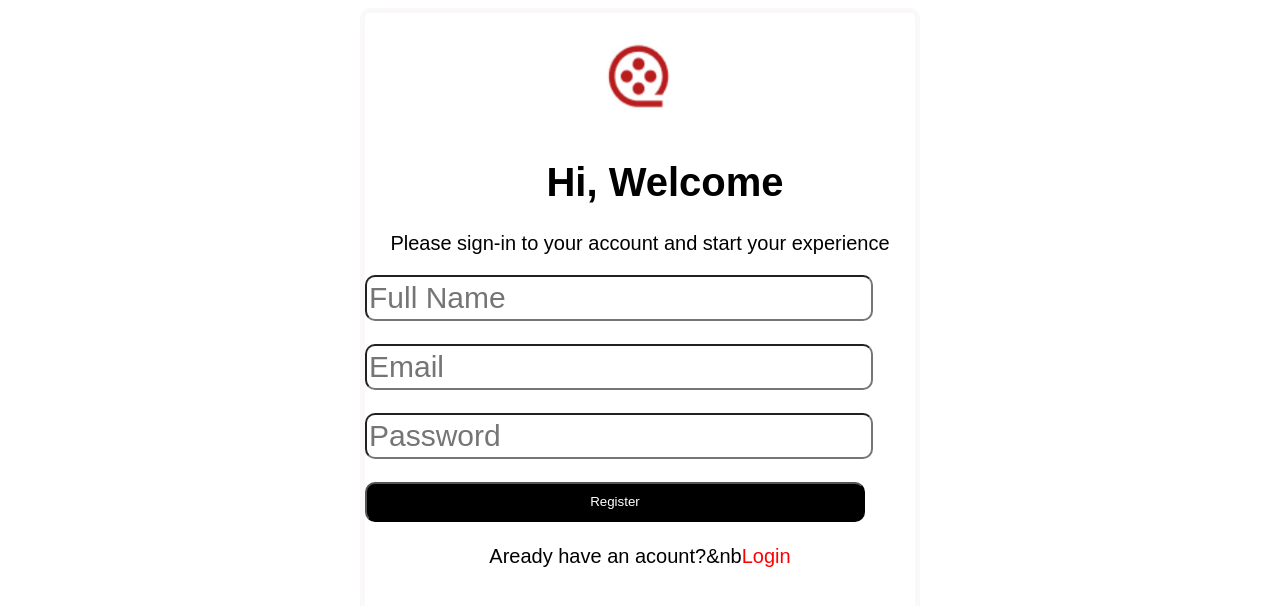
Repository: KingBoyMaylow/movie-task
Page: index.html
The author's editor kept a copy of each file at every save. The page is drawn from the files as they stood at one save, then again after the next save.
The browser window is 1280 px wide. The pictures show the whole page.

Above is the page before, as saved 2024-05-20 14:07:39.

After the next save:
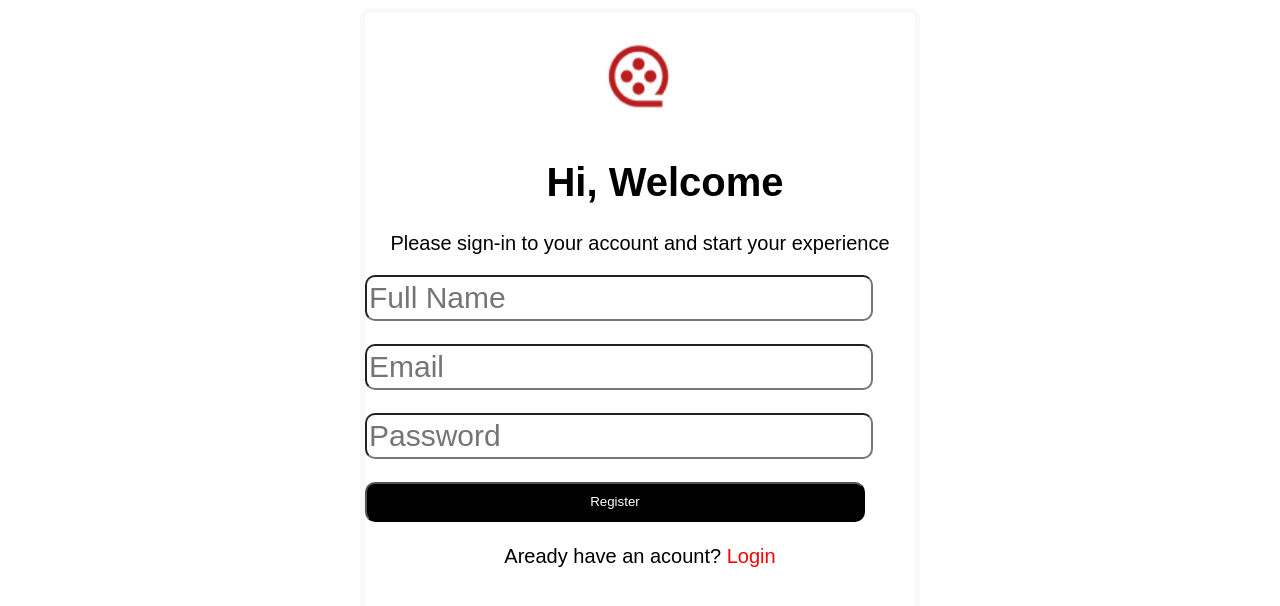
Saved 11 s later.
--- a/index.html
+++ b/index.html
@@ -30,7 +30,7 @@
     <br><input type="submit" value="Register" class="register-btn">
   <br>
 
-    <br><span>Aready have an acount?&nb <a href="http://127.0.0.1:5500/2index.html">Login</a></span>
+    <br><span>Aready have an acount?&nbsp; <a href="http://127.0.0.1:5500/2index.html">Login</a></span>
 </div>
 </body>
 </html>
